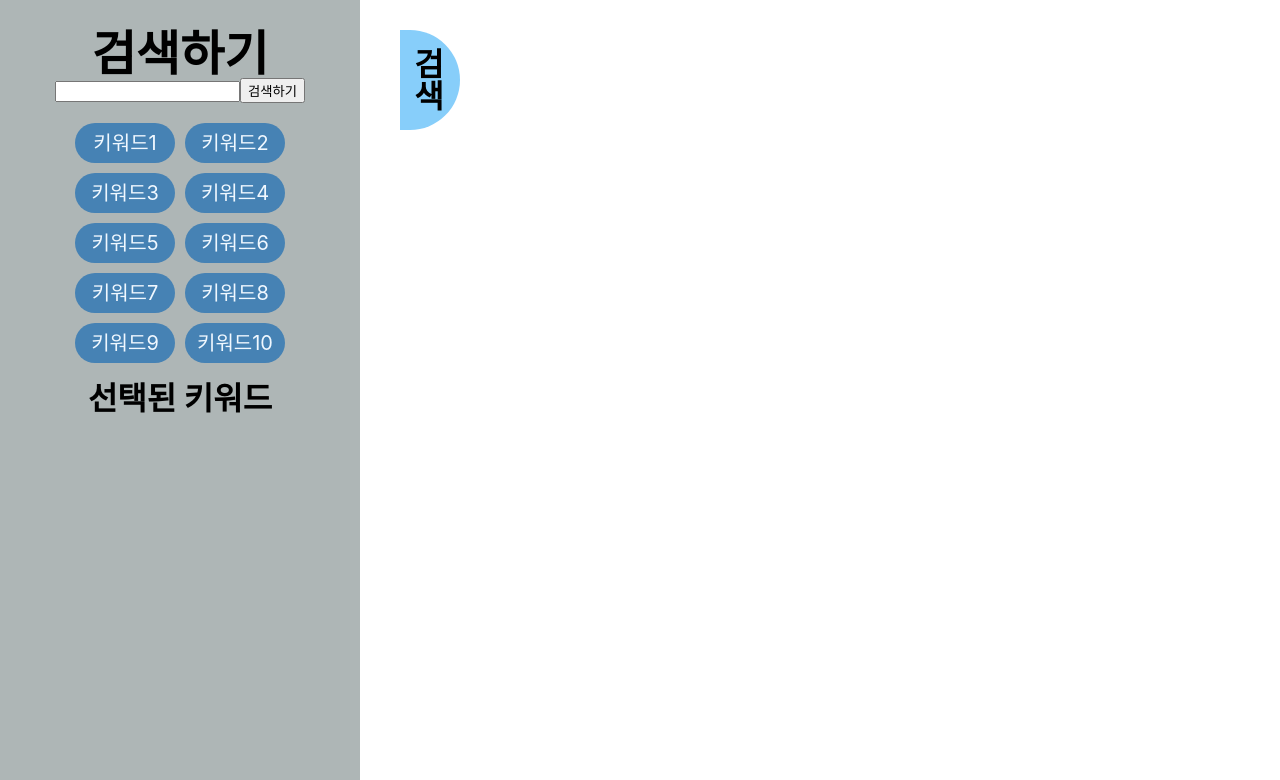
Repository: sunoo-lee/Star-Explore
Page: /
The author's editor kept a copy of each file at every save. The page is drawn from the files as they stood at one save, then again after the next save.
The browser window is 1280 px wide. The pictures show the whole page.
The project was rebuilt for these pictures with package versions that can differ from the ones it lists, and the page was loaded fresh each time.

Above is the page before, as saved 2022-10-14 04:50:16.

### src/index.js
import React from "react";
import ReactDOM from "react-dom/client";
import "./reset.css";
import "./Style.css";
import App from "./components/App";
// import reportWebVitals from "./reportWebVitals";

const root = ReactDOM.createRoot(document.getElementById("root"));
root.render(
  <React.StrictMode>
    <App />
  </React.StrictMode>
);

// reportWebVitals();

### src/Style.css
html,
body,
#root {
  height: 100%;
  box-sizing: border-box;
}

body {
  margin: 0;
  font-family: -apple-system, BlinkMacSystemFont, "Segoe UI", "Roboto", "Oxygen",
    "Ubuntu", "Cantarell", "Fira Sans", "Droid Sans", "Helvetica Neue",
    sans-serif;
  -webkit-font-smoothing: antialiased;
  -moz-osx-font-smoothing: grayscale;
}

.container {
  height: 100%;
}

.nav {
  position: relative;
  padding: 30px;
  background-color: rgb(174, 182, 182);
  width: 300px;
  display: flex;
  flex-direction: column;
  align-items: center;
  height: 100%;
}
.nav h1 {
  font-size: 3rem;
  font-weight: 700;
}
.keyword {
  padding: 20px;
}
.keyword ul {
  display: grid;
  grid-template-columns: 100px 100px;
  gap: 10px;
}
.keyword ul li {
  cursor: pointer;
}
.keyword ul li span {
  display: inline-block;
  font-size: 20px;
  width: 100px;
  height: 40px;
  line-height: 40px;
  text-align: center;
  background-color: lightskyblue;
  border-radius: 25px;
}

.keyword ul li .off {
  background-color: steelblue;
  color: aliceblue;
}
h2 {
  font-size: 2rem;
  font-weight: 700;
}
.selected span {
  display: inline-block;
  font-size: 1.2rem;
  margin: 10px;
}
.nav .nav_toggle {
  position: absolute;
  right: -100px;
  width: 50px;
  height: 100px;
  font-size: 2rem;
  text-align: center;
  font-weight: 700;
  writing-mode: vertical-lr;
  background-color: lightskyblue;
  padding-left: 10px;
  border-radius: 0 100px 100px 0;
}

### src/components/App.js
import AppRouter from "./Router";

function App() {
  return (
    <>
      <AppRouter />
    </>
  );
}

export default App;

### src/components/Router.js
import { HashRouter as Router, Route, Routes } from "react-router-dom";
import Home from "../routes/Home";

const AppRouter = () => {
  return (
    <Router>
      <Routes>
        <Route exact path="/" element={<Home />} />
      </Routes>
    </Router>
  );
};

export default AppRouter;

### src/routes/Home.js
import React, { useState } from "react";

const Home = () => {
  const [select, setSelect] = useState([]);
  const onClick = (event) => {
    const keyword_btn = event.target;
    keyword_btn.className === "off"
      ? (keyword_btn.className = "on")
      : (keyword_btn.className = "off");

    const selected = event.target.innerText;
    if (keyword_btn.className === "on") {
      setSelect([...select, selected]);
    } else if (keyword_btn.className === "off") {
      setSelect(select.filter((key) => key !== selected));
    }
  };
  return (
    <div className="container">
      <div className="nav">
        <h1>검색하기</h1>
        <form>
          <input type="text" />
          <button>검색하기</button>
        </form>
        <div className="keyword">
          <ul>
            <li>
              <span className="off" onClick={onClick}>
                키워드1
              </span>
            </li>
            <li>
              <span className="off" onClick={onClick}>
                키워드2
              </span>
            </li>
            <li>
              <span className="off" onClick={onClick}>
                키워드3
              </span>
            </li>
            <li>
              <span className="off" onClick={onClick}>
                키워드4
              </span>
            </li>
            <li>
              <span className="off" onClick={onClick}>
                키워드5
              </span>
            </li>
            <li>
              <span className="off" onClick={onClick}>
                키워드6
              </span>
            </li>
            <li>
              <span className="off" onClick={onClick}>
                키워드7
              </span>
            </li>
            <li>
              <span className="off" onClick={onClick}>
                키워드8
              </span>
            </li>
            <li>
              <span className="off" onClick={onClick}>
                키워드9
              </span>
            </li>
            <li>
              <span className="off" onClick={onClick}>
                키워드10
              </span>
            </li>
          </ul>
        </div>
        <h2>선택된 키워드</h2>
        <div className="selected">
          {select.map((key, index) => (
            <span key={index}>{key}</span>
          ))}
        </div>
        <div className="nav_toggle">검색</div>
      </div>
    </div>
  );
};

export default Home;

Loaded but not shown: public/index.html (common file); src/reset.css (common file)

After the next save:
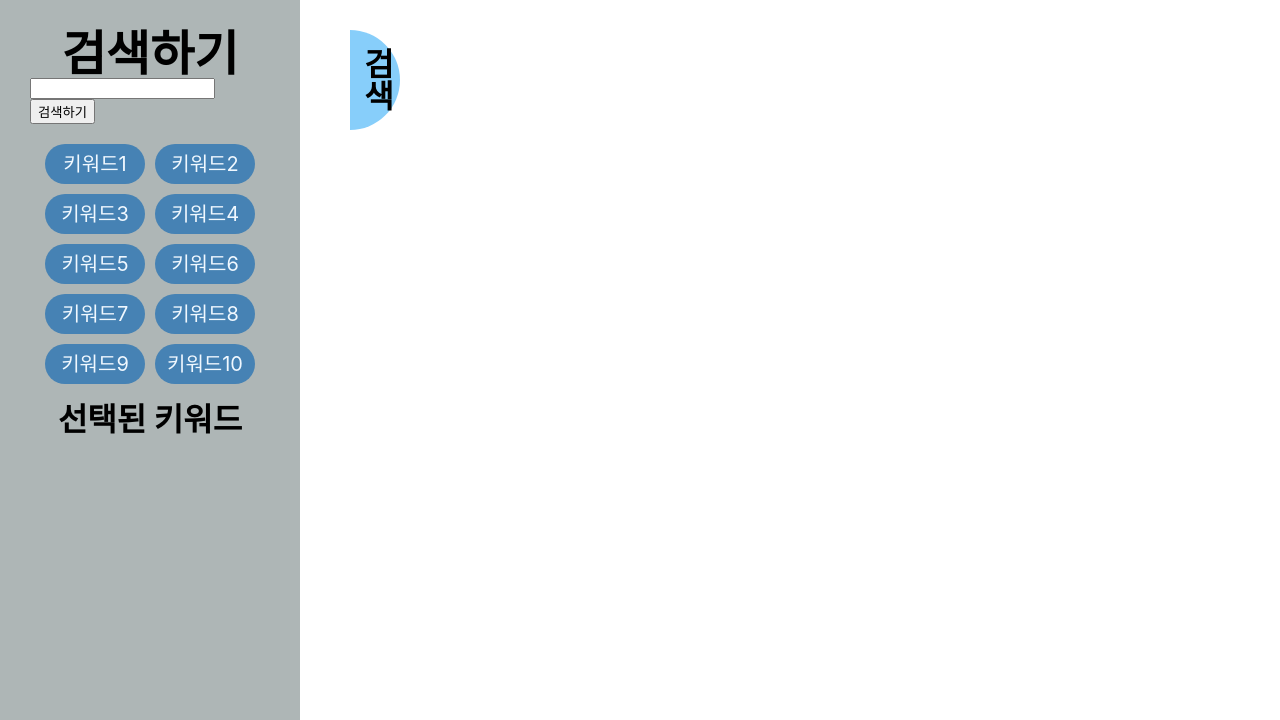
Saved 37 s later.
--- a/src/Style.css
+++ b/src/Style.css
@@ -1,8 +1,10 @@
+* {
+  box-sizing: border-box;
+}
 html,
 body,
 #root {
   height: 100%;
-  box-sizing: border-box;
 }
 
 body {
